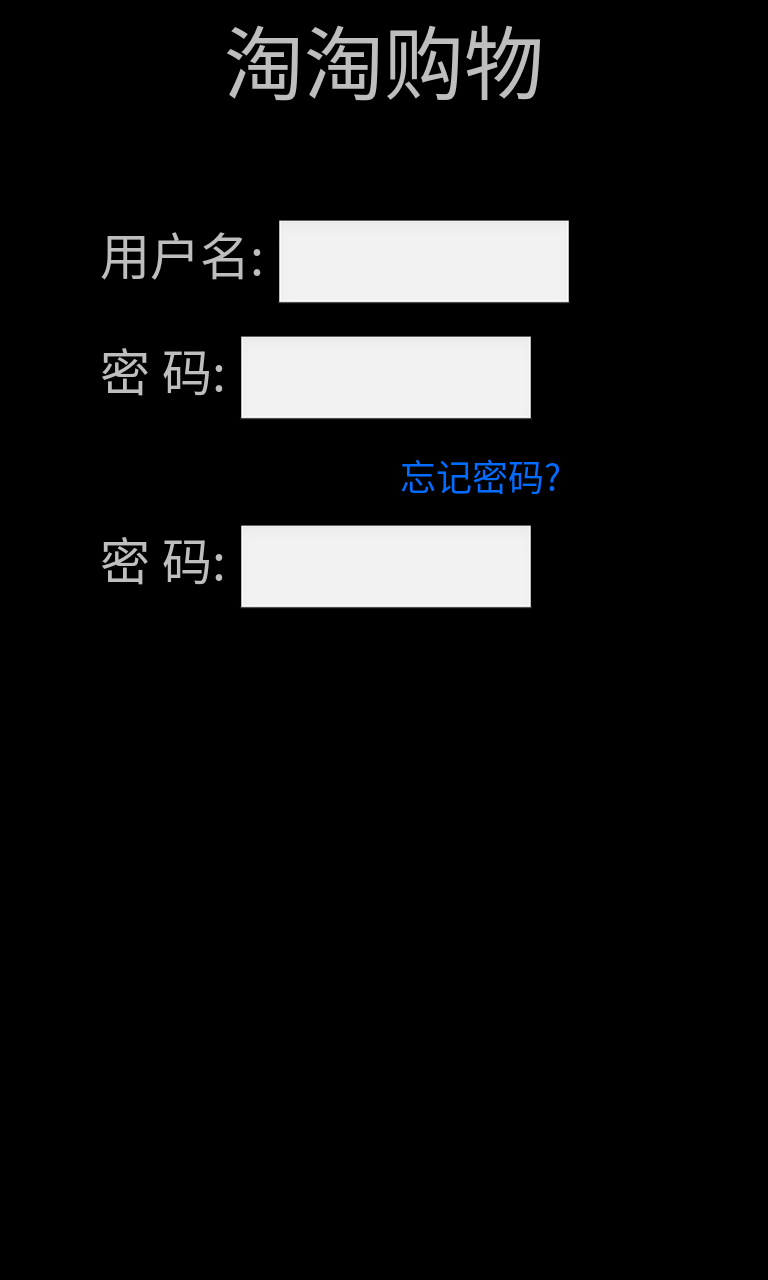
Repository: jcyfkimi/Android-TaoTao
Layout: TaoTao/res/layout/login.xml
An editor plug-in stored every save of this project. The layout is shown before and after the next save, followed by the edit.
It is drawn on a 768 x 1280 px phone screen (xhdpi) without system bars, with theme android:Theme; the app's code is not run.

Above is the layout before, as saved 2011-09-13 06:31:10.

### TaoTao/res/layout/login.xml
<?xml version="1.0" encoding="utf-8"?>
<LinearLayout xmlns:android="http://schemas.android.com/apk/res/android"
    android:orientation="vertical"
    android:layout_width="fill_parent"
    android:layout_height="fill_parent"
    >
    <TextView android:layout_width="wrap_content"
    	android:layout_height="wrap_content"
    	android:text="@string/indexhead"
    	android:textSize="40dip"
    	android:layout_gravity="center_horizontal"/>
	<LinearLayout xmlns:android="http://schemas.android.com/apk/res/android"
	    android:orientation="horizontal"
	    android:layout_width="wrap_content"
	    android:layout_height="wrap_content"
	    >
	    <TextView android:layout_width="wrap_content"
	    	android:layout_height="wrap_content"
	    	android:layout_marginLeft="50dip"
	    	android:layout_marginTop="50dip"
	    	android:text="@string/logintext"
	    	android:textSize="25dip"/>
	    <EditText android:id="@+id/uname"
	    	android:layout_width="150dip"
	    	android:layout_height="wrap_content"
	    	android:layout_marginTop="50dip"
	    	android:layout_marginLeft="5dip"
	    	/>
	    </LinearLayout>

	<LinearLayout xmlns:android="http://schemas.android.com/apk/res/android"
	    android:orientation="horizontal"
	    android:layout_width="wrap_content"
	    android:layout_height="wrap_content"
	    >
	    <TextView android:layout_width="wrap_content"
	    	android:layout_height="wrap_content"
	    	android:layout_marginLeft="50dip"
	    	android:layout_marginTop="10dip"
	    	android:text="@string/passtext"
	    	android:textSize="25dip"/>
	    <EditText android:id="@+id/upass"
	    	android:layout_width="150dip"
	    	android:layout_height="wrap_content"
	    	android:layout_marginTop="10dip"
	    	android:layout_marginLeft="5dip"
	    	/>
	    </LinearLayout>

	<LinearLayout xmlns:android="http://schemas.android.com/apk/res/android"
	    android:orientation="horizontal"
	    android:layout_width="fill_parent"
	    android:layout_height="wrap_content"
	    >
	    <TextView android:layout_width="wrap_content"
	    	android:layout_height="wrap_content"
			android:layout_marginLeft="200dip"
	    	android:layout_marginTop="10dip"
	    	android:text="@string/forgetpass"
	    	android:textSize="18dip"
	    	android:textColor="#036CFE"
	    	/>
	    </LinearLayout>

	<LinearLayout xmlns:android="http://schemas.android.com/apk/res/android"
	    android:orientation="horizontal"
	    android:layout_width="wrap_content"
	    android:layout_height="wrap_content"
	    >
	    <TextView android:layout_width="wrap_content"
	    	android:layout_height="wrap_content"
	    	android:layout_marginLeft="50dip"
	    	android:layout_marginTop="10dip"
	    	android:text="@string/passtext"
	    	android:textSize="25dip"/>
	    <EditText android:id="@+id/upass"
	    	android:layout_width="150dip"
	    	android:layout_height="wrap_content"
	    	android:layout_marginTop="10dip"
	    	android:layout_marginLeft="5dip"
	    	/>
	    	</LinearLayout>
</LinearLayout>

### TaoTao/res/values/strings.xml
<?xml version="1.0" encoding="utf-8"?>
<resources>
    <string name="hello">Hello World, LoginActivity!</string>
    <string name="app_name">TaoTao</string>
    <string name="logintext">用户名:</string>
    <string name="passtext">密    码:</string>
    <string name="forgetpass">忘记密码?</string>
    <string name="indexhead">淘淘购物</string>
</resources>

After the next save:
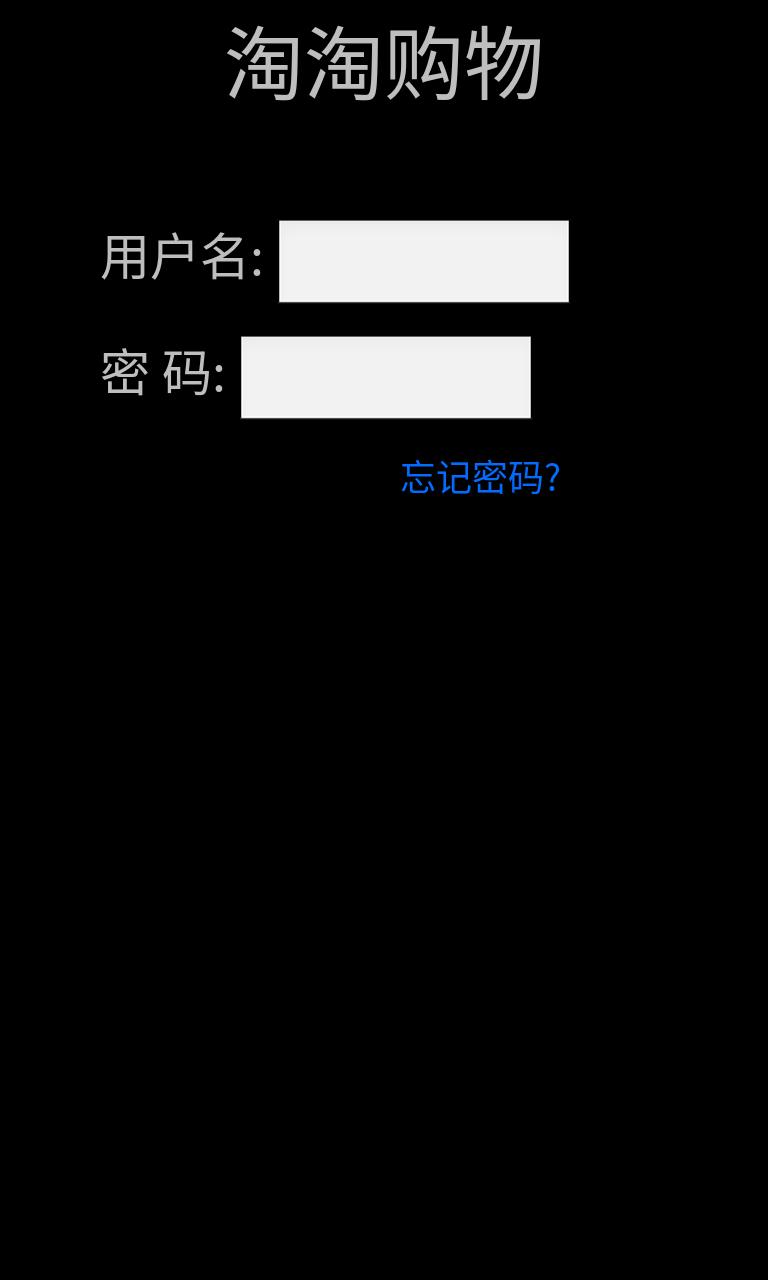
Saved 13 s later.
--- a/TaoTao/res/layout/login.xml
+++ b/TaoTao/res/layout/login.xml
@@ -67,17 +67,5 @@
 	    android:layout_width="wrap_content"
 	    android:layout_height="wrap_content"
 	    >
-	    <TextView android:layout_width="wrap_content"
-	    	android:layout_height="wrap_content"
-	    	android:layout_marginLeft="50dip"
-	    	android:layout_marginTop="10dip"
-	    	android:text="@string/passtext"
-	    	android:textSize="25dip"/>
-	    <EditText android:id="@+id/upass"
-	    	android:layout_width="150dip"
-	    	android:layout_height="wrap_content"
-	    	android:layout_marginTop="10dip"
-	    	android:layout_marginLeft="5dip"
-	    	/>
 	    	</LinearLayout>
 </LinearLayout>
